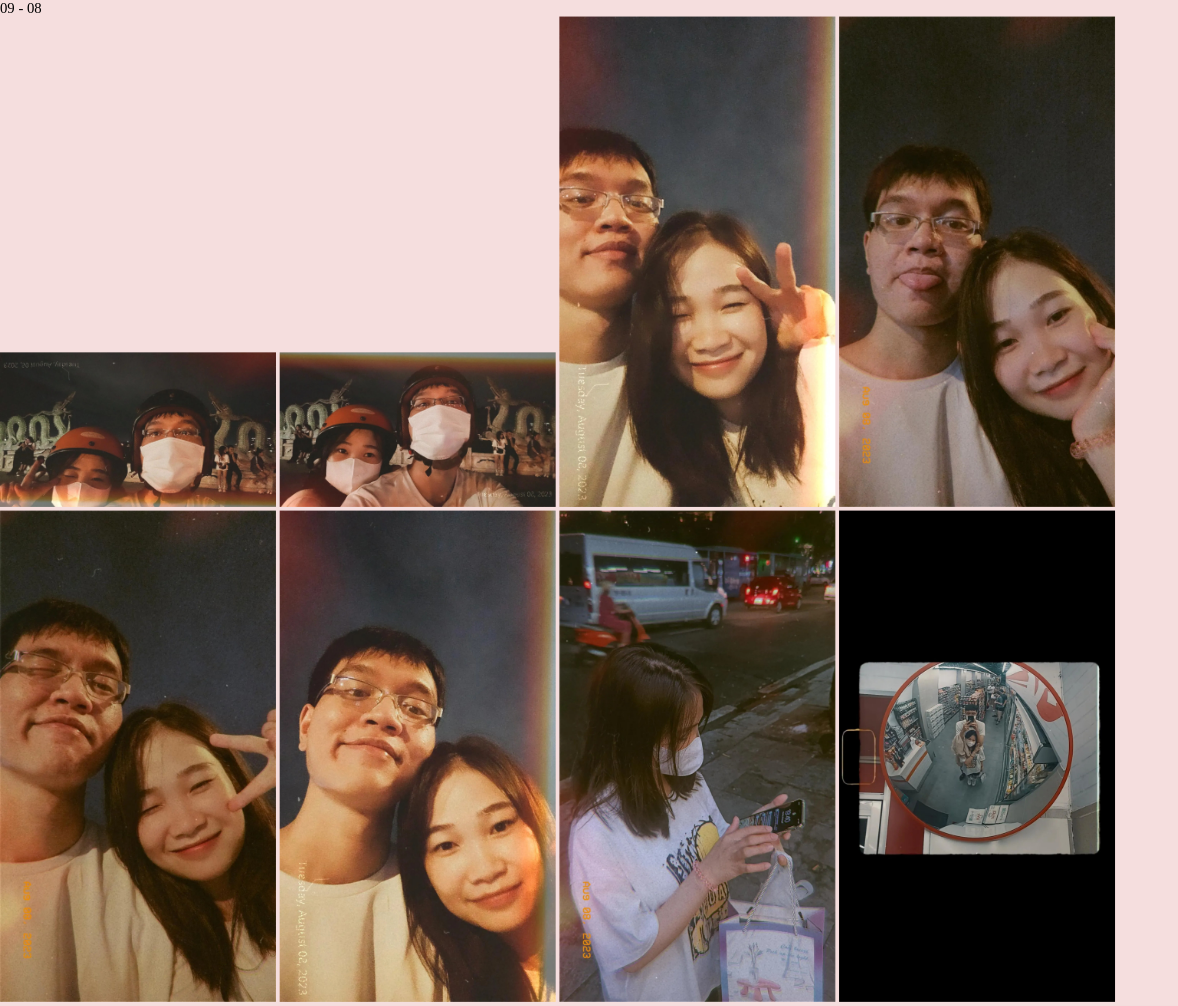
Repository: Hanhanh06/0907
Page: code/0908.html
An editor plug-in stored every save of this project. The page is shown before and after a run of saves, followed by the edit.
The browser window is 1280 px wide. The pictures show the whole page, at 92% of full size.

Above is the page before, as saved 2023-08-11 16:26:30.

After the next 3 saves:
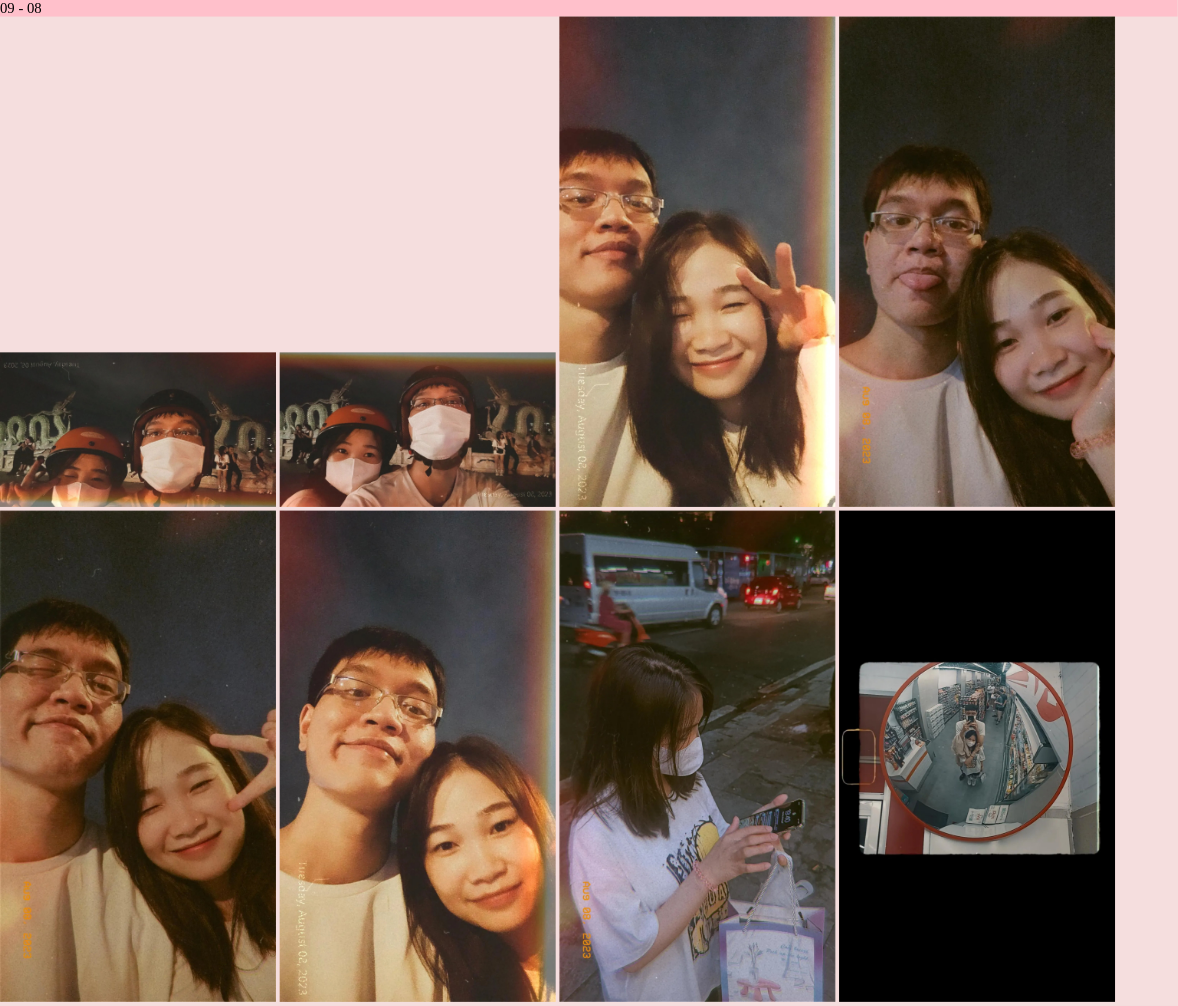
The 3 saves are shown as one change because they came seconds apart.
The last was saved 9 s later.
--- a/code/0908.html
+++ b/code/0908.html
@@ -27,7 +27,7 @@
         </head>
         <body>
 
-          <div style="background-color: ;"> 09 - 08 </div>
+          <div style="background-color: pink; "> 09 - 08 </div>
        <img src="001.jpg" alt="Hình ảnh không tồn tại" width="300px" >
        <!-- <p style="color: crimson;font-size: 16px;"> đi Hồ Tây nè! </p> -->
        <img src="002.jpg" alt="Hình ảnh không tồn tại" width="300px">
